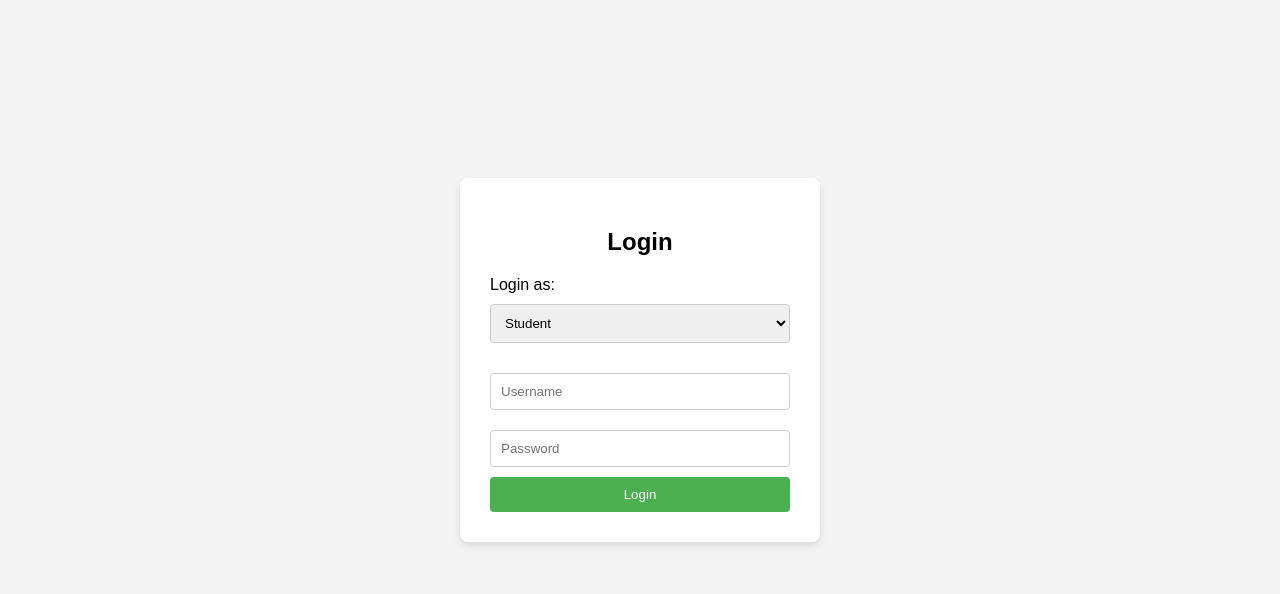
Repository: kkale14/My_allpr
Page: Kalyani1/src/main/webapp/Login.html
These files come from the project's save history. The page is drawn as it stood at one moment and after the next save; the edit follows.
The browser window is 1280 px wide. The pictures show the whole page.

Above is the page before, as saved 2025-03-03 10:00:23.

### Kalyani1/src/main/webapp/Login.html
<!DOCTYPE html>
<html lang="en">
<head>
<meta charset="UTF-8">
<title>Insert title here</title>
</head>
<body>

<head>
    <meta charset="UTF-8">
    <meta name="viewport" content="width=device-width, initial-scale=1.0">
    <title>Login</title>
    <style>
        body {
            font-family: Arial, sans-serif;
            background-color: #f4f4f4;
            display: flex;
            justify-content: center;
            align-items: center;
            height: 100vh;
            margin: 0;
        }
        .login-container {
            background-color: #fff;
            padding: 30px;
            border-radius: 8px;
            box-shadow: 0 4px 8px rgba(0, 0, 0, 0.1);
            width: 300px;
        }
        .login-container h2 {
            text-align: center;
            margin-bottom: 20px;
        }
        .input-field {
            width: 100%;
            padding: 10px;
            margin: 10px 0;
            border: 1px solid #ccc;
            border-radius: 4px;
            box-sizing: border-box;
        }
        .login-btn {
            width: 100%;
            padding: 10px;
            background-color: #4CAF50;
            color: white;
            border: none;
            border-radius: 4px;
            cursor: pointer;
        }
        .login-btn:hover {
            background-color: #45a049;
        }
        .user-type {
            margin-bottom: 10px;
        }
    </style>
</head>
<body>

    <div class="login-container">
        <h2>Login</h2>

        <form action="#" method="POST">
            <!-- User Type Selection (Student or Admin) -->
            <div class="user-type">
                <label for="userType">Login as:</label>
                <select id="userType" name="userType" class="input-field">
                    <option value="student">Student</option>
                    <option value="admin">Admin</option>
                </select>
            </div>

            <!-- Username and Password -->
            <input type="text" id="username" name="username" class="input-field" placeholder="Username" required>
            <input type="password" id="password" name="password" class="input-field" placeholder="Password" required>

            <!-- Login Button -->
            <button type="submit" class="login-btn">Login</button>
        </form>
    </div>

</body>
</html>

After the next save:
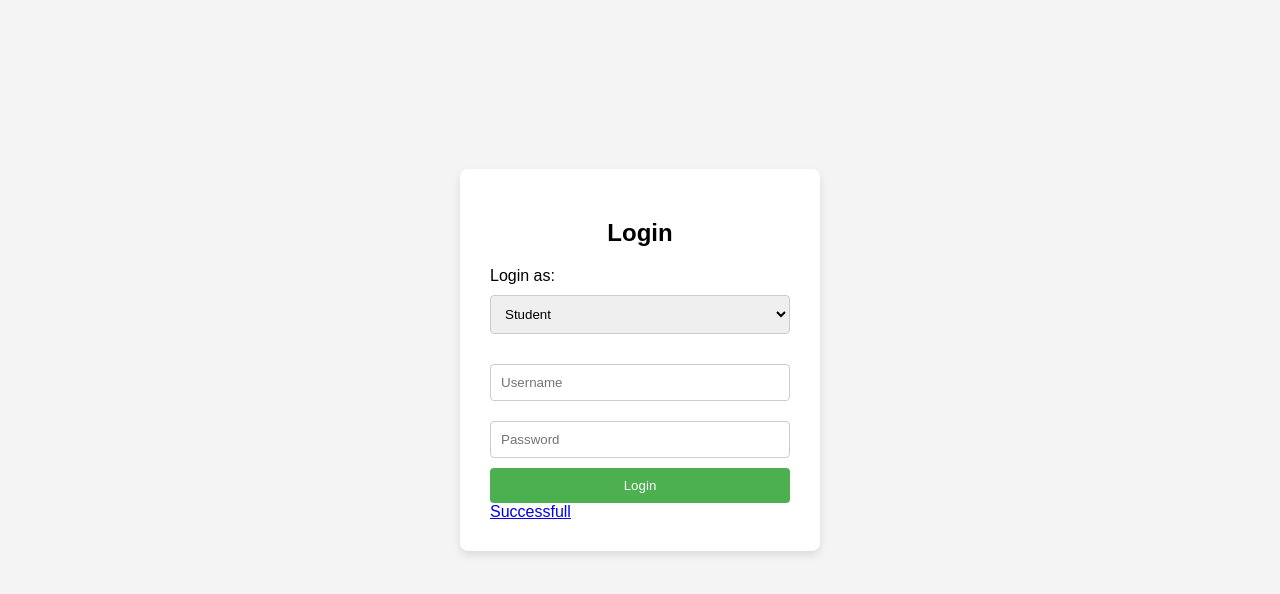
Saved 65 s later.
--- a/Kalyani1/src/main/webapp/Login.html
+++ b/Kalyani1/src/main/webapp/Login.html
@@ -77,6 +77,7 @@
 
             <!-- Login Button -->
             <button type="submit" class="login-btn">Login</button>
+             <a   value="login" href="Next1.html" > Successfull</a>
         </form>
     </div>
 

After the save that followed:
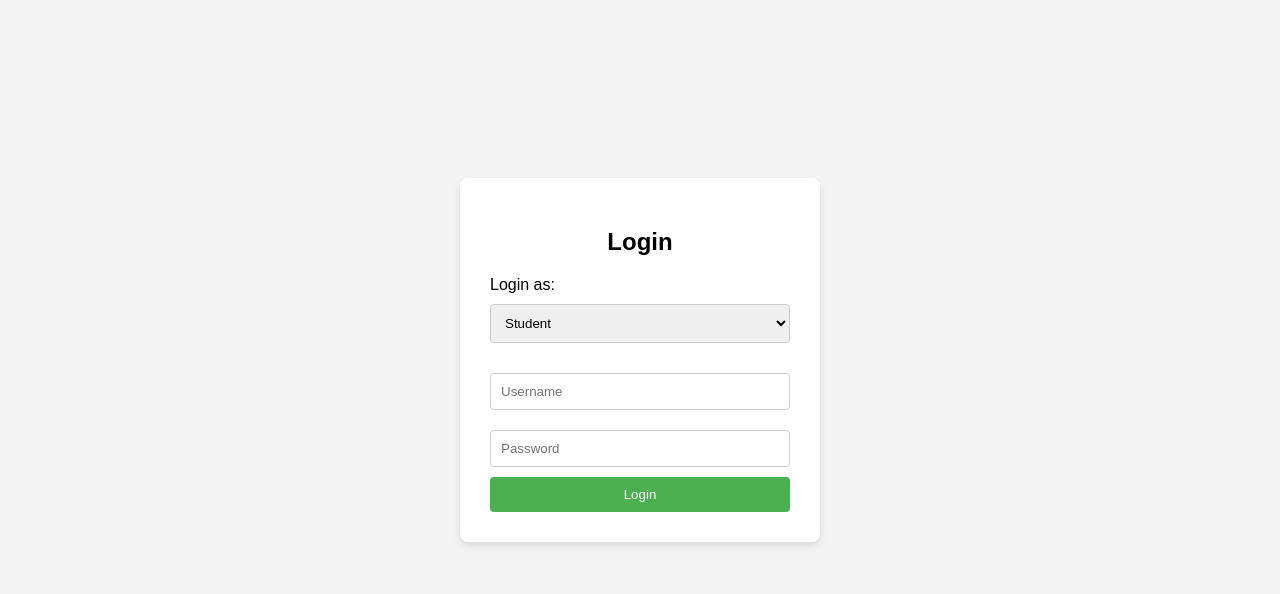
Saved 43 s later.
--- a/Kalyani1/src/main/webapp/Login.html
+++ b/Kalyani1/src/main/webapp/Login.html
@@ -77,7 +77,7 @@
 
             <!-- Login Button -->
             <button type="submit" class="login-btn">Login</button>
-             <a   value="login" href="Next1.html" > Successfull</a>
+             <a   value="login" href="Next1.html" ></a>
         </form>
     </div>
 
